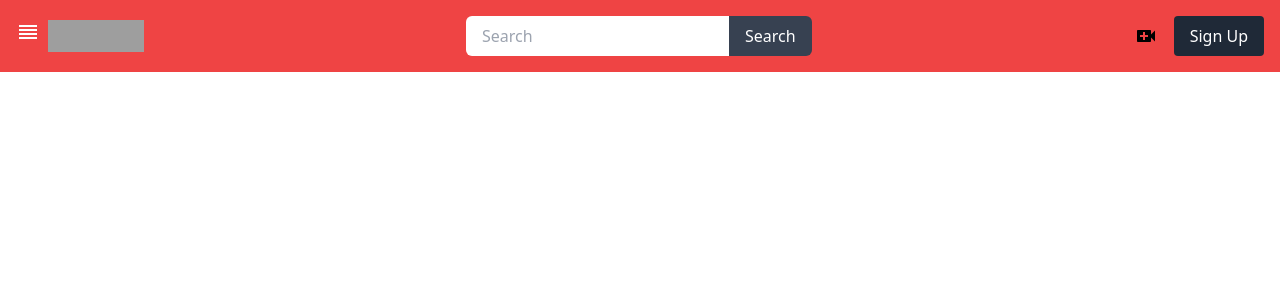
Repository: Shamraiz761/Youtube-clone
Page: /
An editor plug-in stored every save of this project. The page is shown before and after a run of saves, followed by the edit.
The browser window is 1280 px wide. The pictures show the whole page.
Pictures or frames that could not be fetched are drawn as grey boxes. The project was rebuilt for these pictures with package versions that can differ from the ones it lists, and the page was loaded fresh each time. Also part of the build but not shown: vite.config.js.

Above is the page before, as saved 2024-01-19 18:16:03.

### src/App.jsx
import { useState } from 'react'
import Navbar from './components/header/Navbar'


function App() {
  const [count, setCount] = useState(0)

  return (
   <div>
    <Navbar />
   </div>
  )
}

export default App

### src/components/header/Navbar.jsx
import React from "react";
import ReorderIcon from '@material-ui/icons/Reorder';
import VideoCallIcon from '@material-ui/icons/VideoCall';
import AppsIcon from '@material-ui/icons/Apps';
import NotificationsActiveIcon from '@material-ui/icons/NotificationsActive';
const Navbar = () => {
  return (
    <nav className="bg-red-500 p-4">
      <div className="container mx-auto flex justify-between items-center">
        {/* Logo */}
        <div className="text-white font-bold text-xl flex flex-row">
            <ReorderIcon className="mr-2 size-5"/>
          <img
          className="w-24 h-8"
          src="https://upload.wikimedia.org/wikipedia/commons/thumb/e/e1/Logo_of_YouTube_%282015-2017%29.svg/2560px-Logo_of_YouTube_%282015-2017%29.svg.png" />
        </div>

        {/* Search bar */}
        <div className="flex items-center">
          <input
            type="text"
            placeholder="Search"
            className="px-4 py-2 rounded-l-md focus:outline-none"
          />
          <button className="bg-gray-700 px-4 py-2 rounded-r-md text-white">
            Search
          </button>
        </div>



        {/* User profile */}
        <div className="flex items-center space-x-4">
<VideoCallIcon />
          <button className="bg-gray-800 text-white px-4 py-2 rounded">
            Sign Up
          </button>
        </div>
      </div>
    </nav>
  );
};

export default Navbar;

Loaded but not shown: index.html (common file); src/main.jsx (common file); src/index.css (common file); tailwind.config.js (common file)

After the next 2 saves:
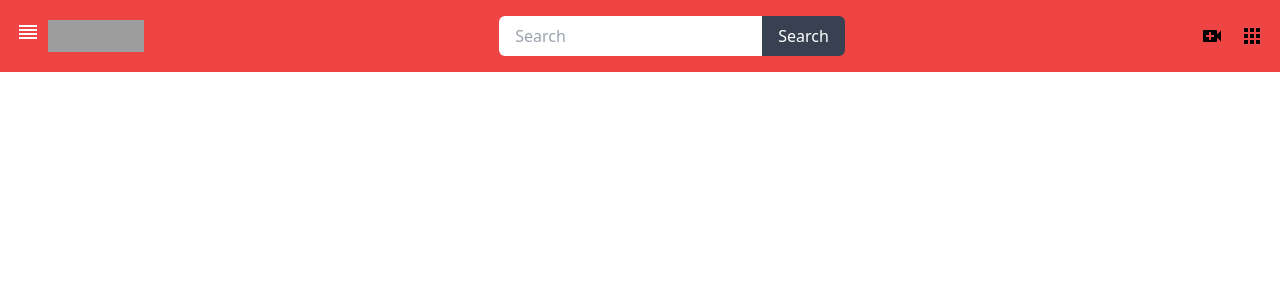
The 2 saves are shown as one change because they came seconds apart.
The last was saved 10 s later.
--- a/src/components/header/Navbar.jsx
+++ b/src/components/header/Navbar.jsx
@@ -32,9 +32,8 @@
         {/* User profile */}
         <div className="flex items-center space-x-4">
 <VideoCallIcon />
-          <button className="bg-gray-800 text-white px-4 py-2 rounded">
-            Sign Up
-          </button>
+<AppsIcon />
+
         </div>
       </div>
     </nav>
